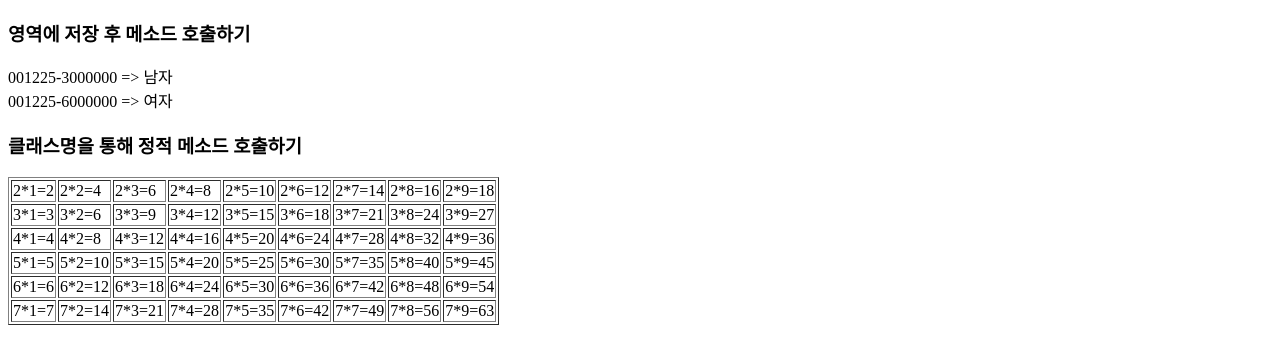
Repository: jjunyuongv/JSP_Servlet
Page: http://localhost/MustHHaveJSP/10EL/ELCallMethod.jsp
An editor plug-in stored every save of this project. The page is shown before and after the next save, followed by the edit.
The browser window is 1280 px wide. The pictures show the whole page.
The page is served by Tomcat 10. Other server files are loaded and not shown.

Above is the page before, as saved 2025-05-12 06:19:36.

### MustHHaveJSP/src/main/webapp/10EL/ELCallMethod.jsp
<%@page import="el.MyELClass"%>
<%@ page language="java" contentType="text/html; charset=UTF-8"
    pageEncoding="UTF-8"%>
<%
MyELClass myClass = new MyELClass();
pageContext.setAttribute("myClass", myClass);
%>
<!DOCTYPE html>
<html>
	<head>
	<meta charset="UTF-8">
	<title>표현 언어(EL) - 메소드 호출</title>
	</head>
	<body>
		<h3>영역에 저장 후 메소드 호출하기</h3>
		001225-3000000 => ${ myClass.getGender("001225-3000000") } <br />
		001225-6000000 => ${ myClass.getGender("001225-2000000") }

		<h3>클래스명을 통해 정적 메소드 호출하기</h3>
		${ MyELClass.showGugudan(7) }
	</body>
</html>

### MustHHaveJSP/src/main/java/el/MyELClass.java
package el;

public class MyELClass
{
	public String getGender(String jumin)
	{
		String returnStr = "";
		int beginIdx = jumin.indexOf("-") + 1;
		String genderStr = jumin.substring(beginIdx, beginIdx + 1);
		int genderInt = Integer.parseInt(genderStr);
		if (genderInt == 1 || genderInt == 3)
		{
			returnStr = "남자";
		} else if (genderInt == 2 || genderInt == 4)
		{
			returnStr = "여자";
		} else if (genderInt == 5 || genderInt == 6)
		{
			returnStr = "외국인 입니다.";
		} else
		{
			returnStr = "주민번호 오류 입니다.";
		}
		return returnStr;
	}

	public static boolean isNumber(String value)
	{
		char[] chArr = value.toCharArray();
		for (int i = 0 ; i < chArr.length; i++) {
			if (!(chArr[i] >= '0' && chArr[i] <= '9')) {
				return false;
			}
		}
		return true;
	}

	public static String showGugudan(int limitDan)
	{
		StringBuffer sb = new StringBuffer();
		try
		{
			sb.append("<table border='1'>");
			for (int i = 2; i <= limitDan; i++) {
				sb.append("<tr>");
				for (int j = 1; j <= 9; j++) {
					sb.append("<td>" + i + "*" + j + "=" + (i * j) + "</td>");
				}
				sb.append("</tr>");
			}
			sb.append("</table>");
		} catch (Exception e)
		{
			e.printStackTrace();
		}
		return sb.toString();
	}
}

After the next save:
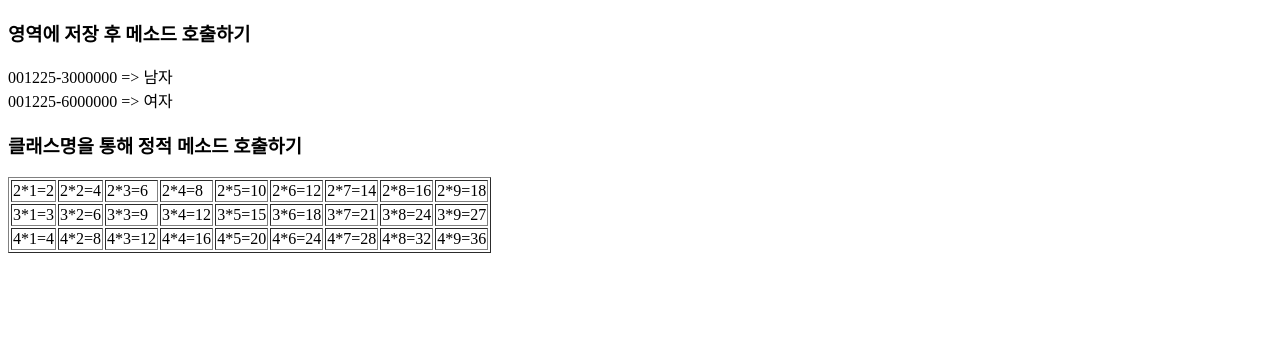
Saved 12 min 21 s later.
--- a/MustHHaveJSP/src/main/webapp/10EL/ELCallMethod.jsp
+++ b/MustHHaveJSP/src/main/webapp/10EL/ELCallMethod.jsp
@@ -17,6 +17,6 @@ pageContext.setAttribute("myClass", myClass);
 		001225-6000000 => ${ myClass.getGender("001225-2000000") }
 
 		<h3>클래스명을 통해 정적 메소드 호출하기</h3>
-		${ MyELClass.showGugudan(7) }
+		${ MyELClass.showGugudan(4) }
 	</body>
 </html>
